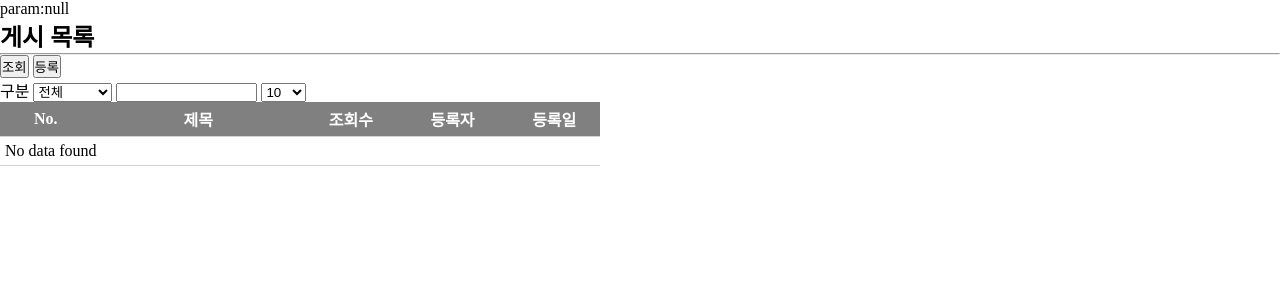
Repository: kimjoohye/study_WEB
Page: http://localhost/studyhtml5/board/board_list.jsp
An editor plug-in stored every save of this project. The page is shown before and after the next save, followed by the edit.
The browser window is 1280 px wide. The pictures show the whole page.
The page is served by Tomcat 9. Nobody is signed in. The application's start-up code is not run. The template is opened directly, without the code that normally fills it, so the values that code supplies are empty.

Above is the page before, as saved 2022-05-18 01:25:49.

After the next save:
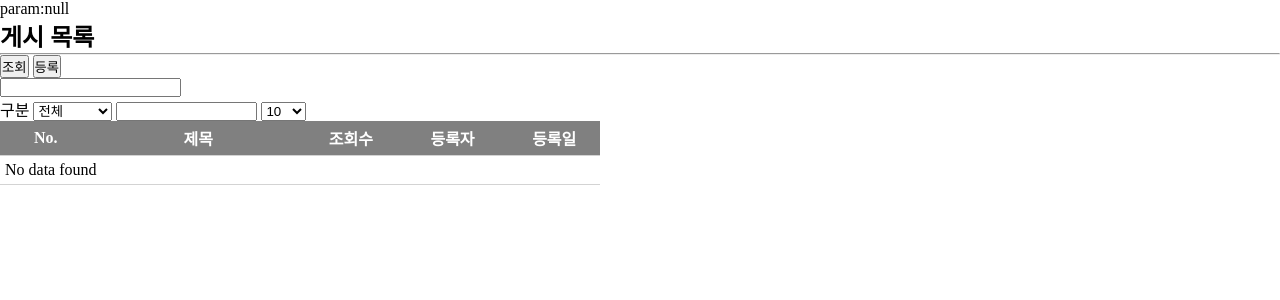
Saved 94 s later.
--- a/workspace/studyhtml5/WebContent/board/board_list.jsp
+++ b/workspace/studyhtml5/WebContent/board/board_list.jsp
@@ -80,6 +80,7 @@
 	   </div>
 	  <form action="<%=contPath %>/board/board.do" name="boardListFrm" method="get" id="boardListFrm">
 	    <input type="hidden" name="work_div" id="work_div">
+	    <input type="text" name="seq" id="seq">
 	    <div>
 	      <label>구분</label>
 	      <select name="searchDiv" id="searchDiv">

After the 3 saves that followed:
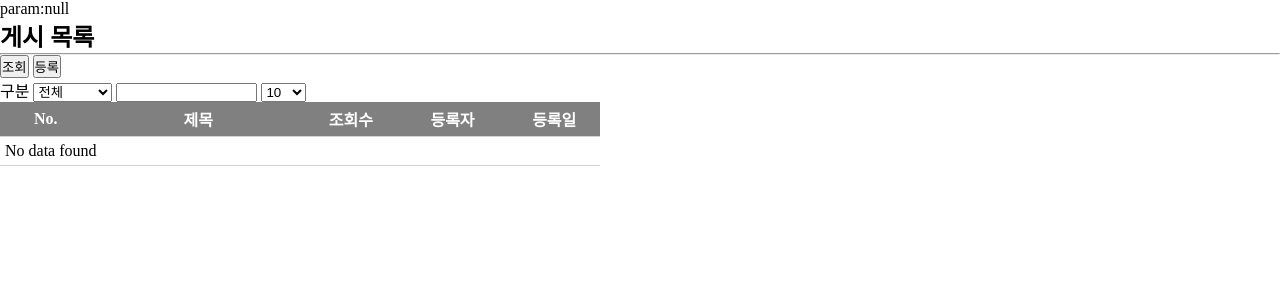
The 3 saves are shown as one change because 2 left the picture as it was.
The last was saved 2 min 1 s later.
--- a/workspace/studyhtml5/WebContent/board/board_list.jsp
+++ b/workspace/studyhtml5/WebContent/board/board_list.jsp
@@ -80,7 +80,7 @@
 	   </div>
 	  <form action="<%=contPath %>/board/board.do" name="boardListFrm" method="get" id="boardListFrm">
 	    <input type="hidden" name="work_div" id="work_div">
-	    <input type="text" name="seq" id="seq">
+	    <input type="hidden" name="seq" id="seq">
 	    <div>
 	      <label>구분</label>
 	      <select name="searchDiv" id="searchDiv">
@@ -151,6 +151,8 @@
 
 		  let seq = tdArray.last().text();
 		  console.log('seq : ' + seq);
+		  let frm = document.getElementById("boardListFrm");
+		  frm.seq.value = seq.text();
 	  });
 
 	  function doRetrieve() {
